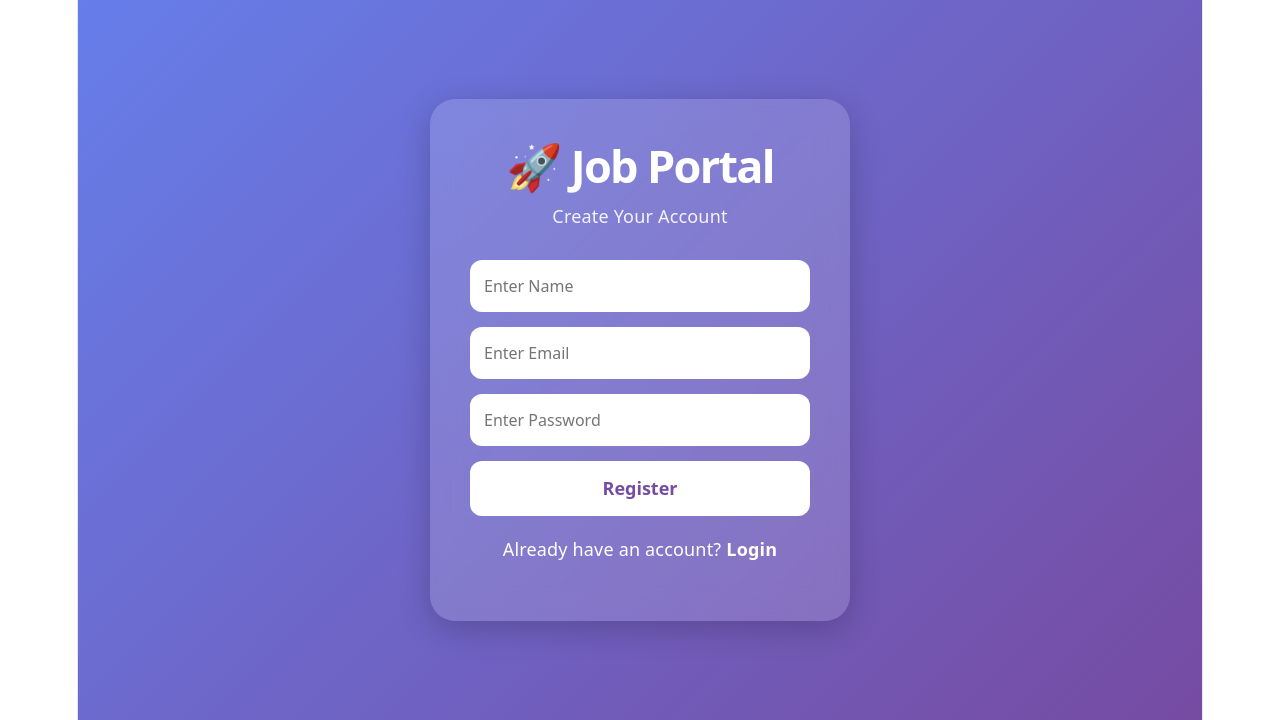
Repository: vijaymp1214/Job-Portal-Management-System
Page: /register (app in frontend/)
The author's editor kept a copy of each file at every save. The page is drawn from the files as they stood at one save, then again after the next save.
The browser window is 1280 px wide. The pictures show the whole page.
The project was rebuilt for these pictures with package versions that can differ from the ones it lists, and the page was loaded fresh each time. Also part of the build but not shown: frontend/vite.config.js, frontend/src/pages/Login.jsx.

Above is the page before, as saved 2026-06-01 11:39:57.

After the next save:
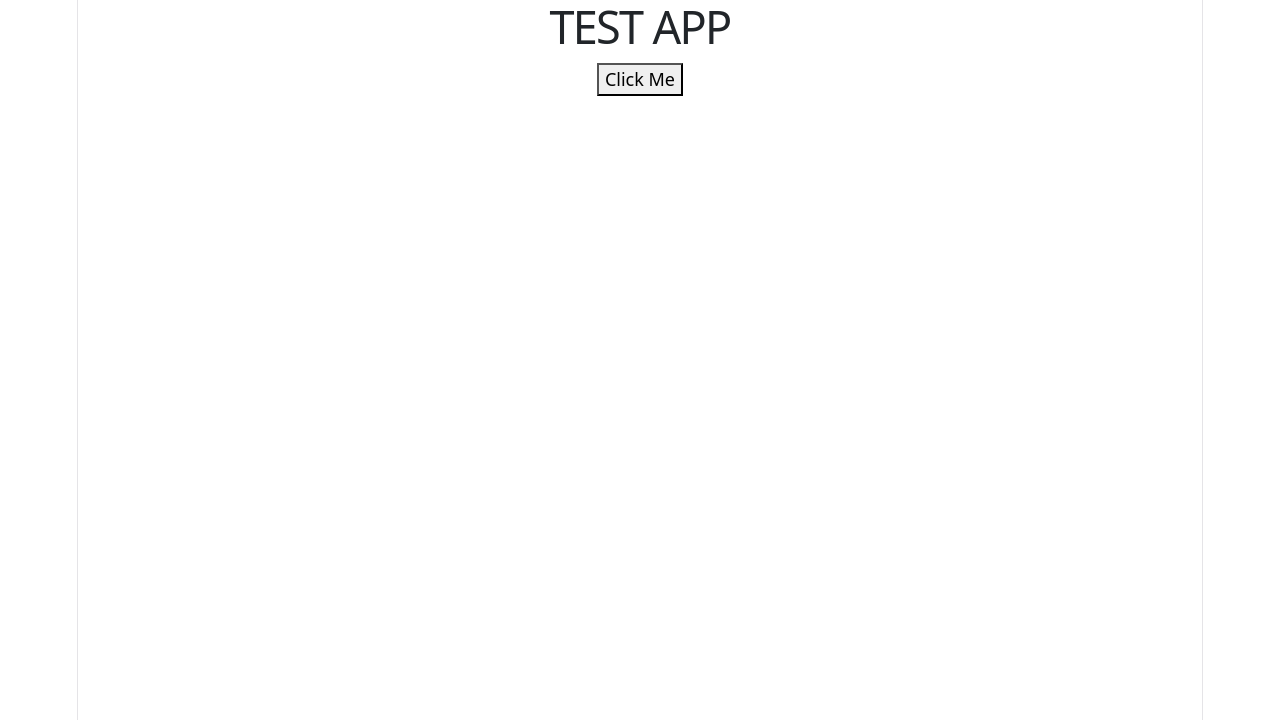
Saved 2 min 25 s later.
--- a/frontend/src/App.jsx
+++ b/frontend/src/App.jsx
@@ -1,15 +1,12 @@
-import { BrowserRouter, Routes, Route } from "react-router-dom";
-import Login from "./pages/Login";
-import Register from "./pages/Register";
-
 function App() {
   return (
-    <BrowserRouter>
-      <Routes>
-        <Route path="/" element={<Login />} />
-        <Route path="/register" element={<Register />} />
-      </Routes>
-    </BrowserRouter>
+    <div>
+      <h1>TEST APP</h1>
+
+      <button onClick={() => alert("Working")}>
+        Click Me
+      </button>
+    </div>
   );
 }
 
